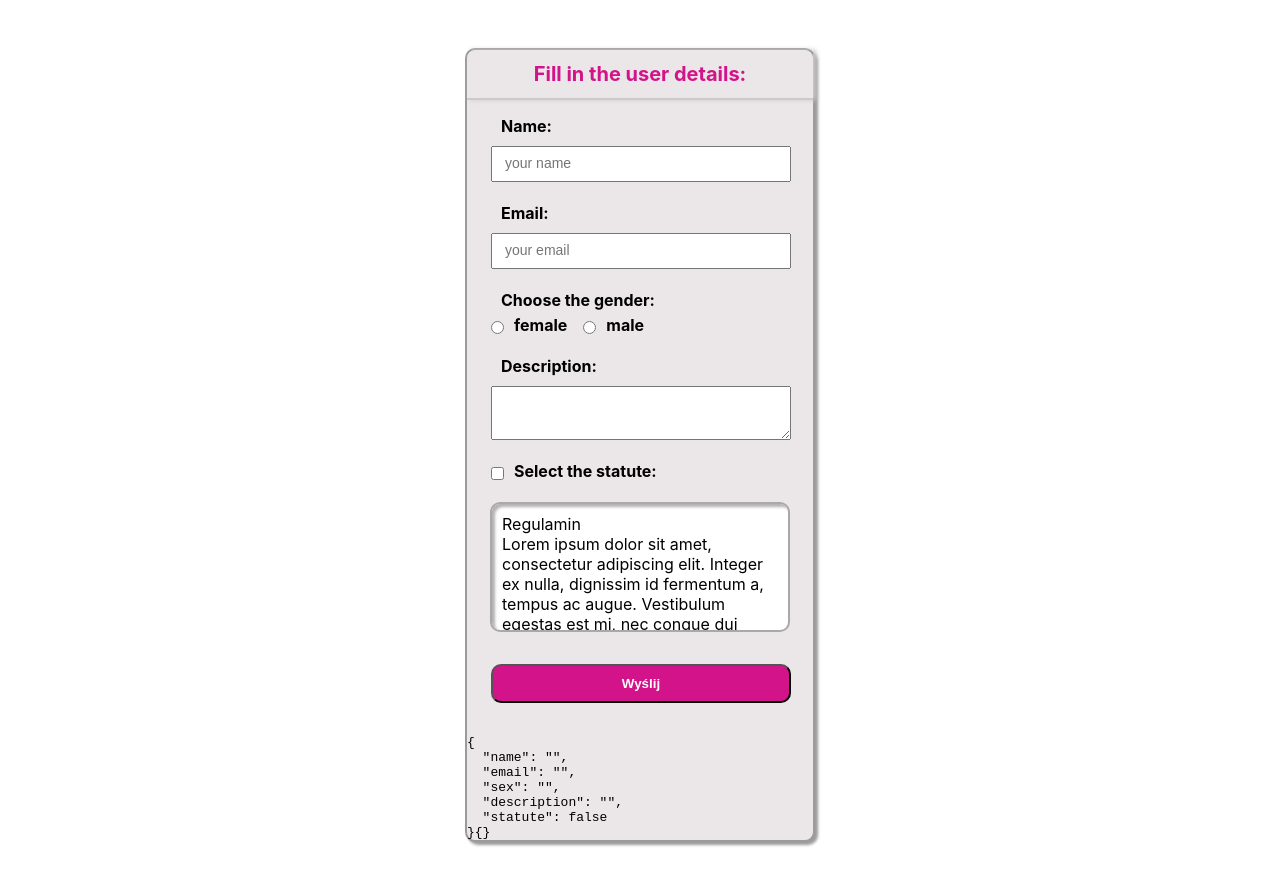
Repository: KrzysKolo/sr_tydzien4_zad3
Page: /
An editor plug-in stored every save of this project. The page is shown before and after a run of saves, followed by the edit.
The browser window is 1280 px wide. The pictures show the whole page.
The project was rebuilt for these pictures with package versions that can differ from the ones it lists, and the page was loaded fresh each time. Also part of the build but not shown: src/components/FormComponents/TextError.js.

Above is the page before, as saved 2020-11-20 10:09:41.

### src/App.js
import React from 'react';
import './App.css';
import FormikContainer from './components/Formik/FormikContainer';
import Header from './components/Header';
const App = () => {
  return (
    <main className="App">
      <Header />
      <FormikContainer />
    </main>
   );
}

export default App;

### src/App.css
* {
  margin: 0;
  padding: 0;
  box-sizing: border-box;
}
.App {
  margin: 3rem auto;
  width: 350px;
  background-color: rgb(235, 231, 232);
  border: 2px solid rgb(155, 155, 155);
  border-radius: 10px;
  box-shadow: 3px 3px 3px rgb(155, 155, 155);
}
.section {
  display: flex;
  flex-direction: column;
  margin: 1rem 1.5rem;
  justify-content: center;
}
label {
  font-weight: bold;
  display: flex;
  margin-bottom: 5px;
  margin-left: 10px;
}
input[type="text"],
input[type="email"],
textarea {
  display: block;
  width: 300px;
  padding: 6px 12px;
  font-size: 14px;
  line-height: 1.4285;
  color: #555;
  margin: 5px 0;
}
.error {
  color: red;
}
.row {
  display: flex;
  flex-direction: row;
  align-items: center;
  margin-right: 1rem;
}
.statute {
  border: 2px solid rgb(170, 169, 169);
  border-radius: 10px;
  box-shadow: inset 3px 3px 3px rgb(181, 177, 178);
  background: #ffffff;
  height: 130px;
  width: 300px;
  padding: 10px;
  overflow: auto;
  margin: 0 auto;
}
.btn-send {
  background-color: rgba(211, 19, 137, 1);
  border-radius: 10px;
  color: white;
  cursor: pointer;
  font-weight: bold;
  margin: 1rem auto;
  padding: 10px;
  width: 300px;
  transition: all 0.3s ease-in-out;
}
.btn-send:hover {
  background-color: rgba(211, 19, 137, 0.5);
}
.header {
  color: rgba(211, 19, 137, 1);
  margin: 0 auto;
  text-align: center;
  font-weight: bold;
  border-bottom: 2px solid rgb(204, 201, 204);
  padding: 0.75rem;
  box-shadow: 3px 0 5px rgb(204, 201, 204);
}
.header h2 {
  font-size: 1.25rem;
}
.has-error {
  border: 1px solid rgb(245, 0, 87);
}

### src/components/Formik/FormikContainer.js
import React from 'react';
import { Formik, Form, useFormik } from 'formik';
import * as yup from 'yup';
import FormikControl from './FormikControl';
import RadioOptions from './../../data/RadioOptions';

const FormikContainer = () => {

    const initialValues = {
        name: '',
        email: '',
        sex: '',
        description: '',
        statute: false,
    }

    const validationSchema = yup.object({
        name: yup.string().required("Imię jest obowiązkowe!").min(2,"Twóje imię musi mieć więcej niż 2 znaki!").max(30,'Twoje imię może mieć maxymalnie 30 znaków!'),
        email: yup.string().required("Email jest wymagany!").email("Adres zawiera błędy"),
        sex: yup.string().required('Zaznacz jedną wartość!'),
        description: yup.string().required('Wpisz kilka słów!').min(2, "Wpisz co najmniej 2 znaki").max(100, "Możesz wpisać max. 250 znaków"),
        statute: yup.boolean().required().oneOf([true], 'Musisz zaznaczyć regulamin!'),
    });

    const onSubmit = values => {
        alert("Dane"+values+" zostały przesłane prawidłowo");
    }
    return (
        <Formik
            initialValues={initialValues}
            validationSchema={validationSchema}
            onSubmit={onSubmit}
        >
            { ({formik, values, errors}) => (
                <Form className="form-wrapper">

                    <FormikControl control='input' type='text' label='Name:' name='name' placeholder="your name"/>
                    <FormikControl control='input' type='email' label='Email:' name='email' placeholder="your email"/>
                    <FormikControl control='radio' label='Choose the gender: ' name='sex' options={RadioOptions}/>
                    <FormikControl control='textarea' label='Description:' name='description'/>
                    <FormikControl control='checkbox' label='Select the statute:' name='statute'/>
                        <div className="statute ">
                            Regulamin<br/>
                            <p>Lorem ipsum dolor sit amet, consectetur adipiscing elit. Integer ex nulla, dignissim id fermentum a, tempus ac augue. Vestibulum egestas est mi, nec congue dui mollis vitae. Nam dictum lectus non mauris hendrerit efficitur. Donec imperdiet nec nibh et interdum. Fusce ornare consequat sapien. Pellentesque rhoncus tempor vulputate. Aliquam eu diam laoreet, tincidunt nulla ut, dignissim turpis. Aliquam est ante, luctus sed felis et, iaculis sollicitudin tellus. Cras congue tincidunt viverra. Sed vestibulum faucibus lacus, eu dictum lorem porta id. Praesent a placerat ligula. Vestibulum faucibus ornare erat, id elementum est vehicula eu. Nunc pulvinar dolor lacus. Vestibulum dapibus efficitur orci, ac rhoncus augue auctor ut.</p>
                        </div>
                    <section className="section">
                         <button className="btn-send" type="submit">Wyślij</button>
                    </section>
                    <pre>
                        {JSON.stringify(values, null, 2)}
                        {JSON.stringify(errors, null, 2)}

                    </pre>


                </Form>
            )

            }

        </Formik>
    )
}
export default FormikContainer;

### src/components/Header.js
import React from 'react';
const Header = () => {
    return (
        <section className="header">
            <h2>Fill in the user details: </h2>
        </section>
     );
}

export default Header;

### src/components/Formik/FormikControl.js
import { Input, Radio, Checkbox, TextArea } from './../FormComponents/';


const FormikControl = (props) => {
    const { control, ...rest } = props;
    switch(control) {
        case 'input': return <Input {...rest} />
        case 'radio': return <Radio {...rest} />
        case 'textarea': return <TextArea {...rest} />
        case 'checkbox': return <Checkbox {...rest} />
        default: return null
    }
}

export default FormikControl;

### src/data/RadioOptions.js
const RadioOptions=[
    { id: 0, value: "female ", label: 'female ' },
    { id: 1, value: "male", label: 'male' },
   ];
export default RadioOptions;

### src/components/FormComponents/index.js
export { default as Input } from "./Input";
export { default as Radio } from "./Radio";
export { default as Checkbox } from "./Checkbox";
export { default as TextArea } from "./TextArea";

### src/components/FormComponents/Input.js
import React from 'react';
import{ Field, ErrorMessage } from 'formik';
import TextError from './TextError';

const Input = (props) => {
    const { label, name, ...rest } = props;
    return (

        <section className="form-control section">
             <label htmlFor={name}>{label}</label>
            <Field id={name} name={name} {...rest} />
            <ErrorMessage name={name} component={TextError} />
        </section>
     );
}

export default Input;

### src/components/FormComponents/Radio.js
import React from 'react';
import{ Field, ErrorMessage } from 'formik';
import TextError from './TextError';

const Radio = (props) => {
    const { label, name, options, ...rest } = props;
    return (
        <div className="form-control section">
            <label htmlFor={name}>{label}</label>
            <div className="row">
                <Field name={name} {...rest}>
                    {
                    ({ field }) => {
                        return options.map(option => {
                            return (
                                <div className="row" key={option.id} >
                                    <input type='radio' id={option.id} {...field} value={option.value} checked={field.value === option.value}/>
                                    <label htmlFor={option.id}>{option.label}</label>
                                </div>
                            )
                        })
                    }
                    }
                </Field>
            </div>
            <ErrorMessage name={name} component={TextError} />
        </div>
     );
}

export default Radio;

### src/components/FormComponents/Checkbox.js
import React from 'react';
import{ Field, ErrorMessage } from 'formik';
import TextError from './TextError';

const Checkbox = (props) => {
    const { label, name, ...rest } = props;
    return (
        <div className="form-control section">
            <div className="row">
                <Field type='checkbox' id={name} name="statute" {...rest}/>
                <label htmlFor={name}>{label}</label>
            </div>
            <ErrorMessage name={name} component={TextError} />
        </div>
     );
}

export default Checkbox;

### src/components/FormComponents/TextArea.js
import React from 'react';
import{ Field, ErrorMessage } from 'formik';
import TextError from './TextError';

const TextArea = (props) => {
    const { label, name, ...rest } = props;
    return (
        <div className="form-control section">
            <label htmlFor={name}>{label}</label>
            <Field as ='textarea' id={name} name={name} {...rest} />
            <ErrorMessage name={name} component={TextError} />
        </div>
     );
}

export default TextArea;

Loaded but not shown: public/index.html (common file); src/index.js (common file); src/index.css (common file)

After the next 2 saves:
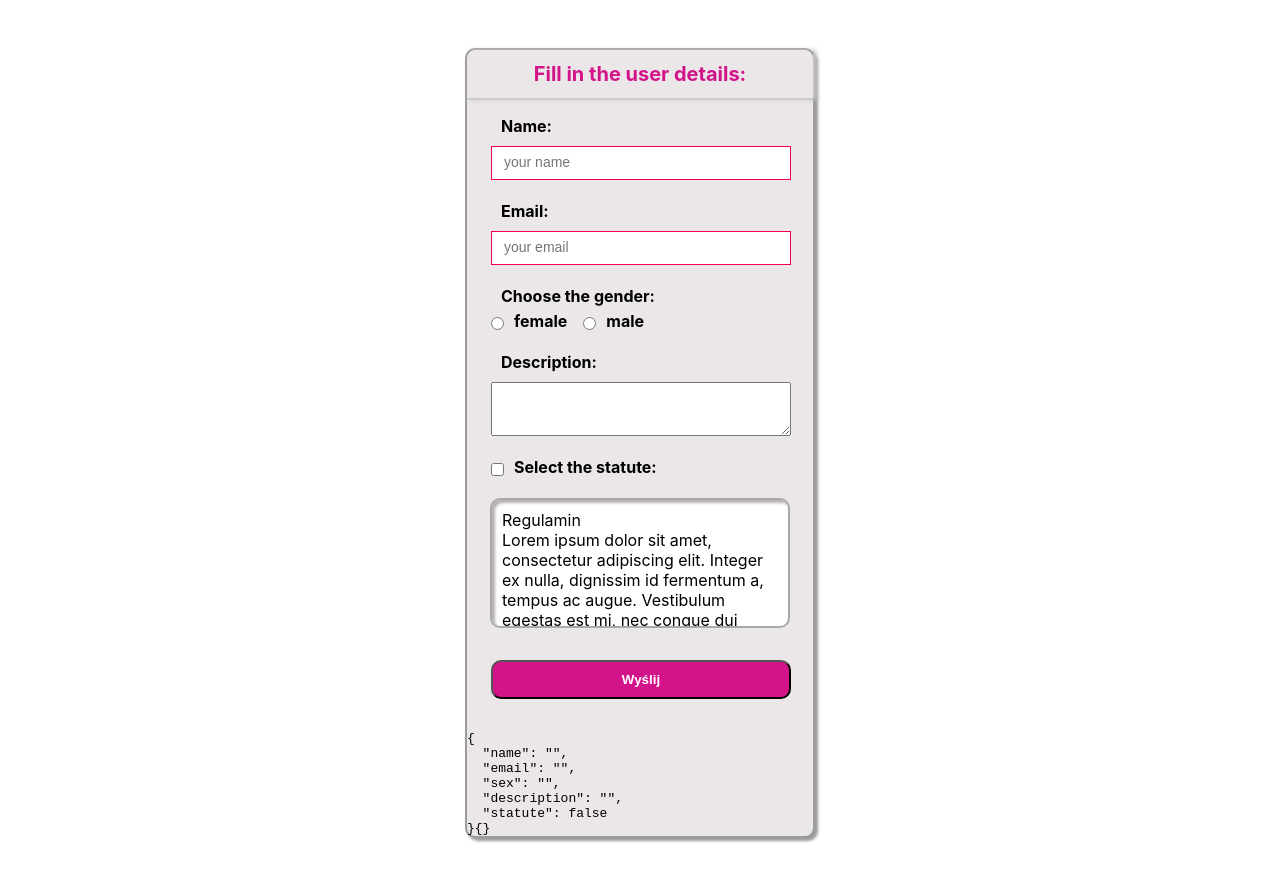
The 2 saves are shown as one change because 1 did not build or start.
The last was saved 2 min 27 s later.
--- a/src/components/FormComponents/Input.js
+++ b/src/components/FormComponents/Input.js
@@ -8,7 +8,7 @@
 
         <section className="form-control section">
              <label htmlFor={name}>{label}</label>
-            <Field id={name} name={name} {...rest} />
+            <Field className={ErrorMessage ? "has-error" : "" } id={name} name={name} {...rest} />
             <ErrorMessage name={name} component={TextError} />
         </section>
      );

After the 2 saves that followed:
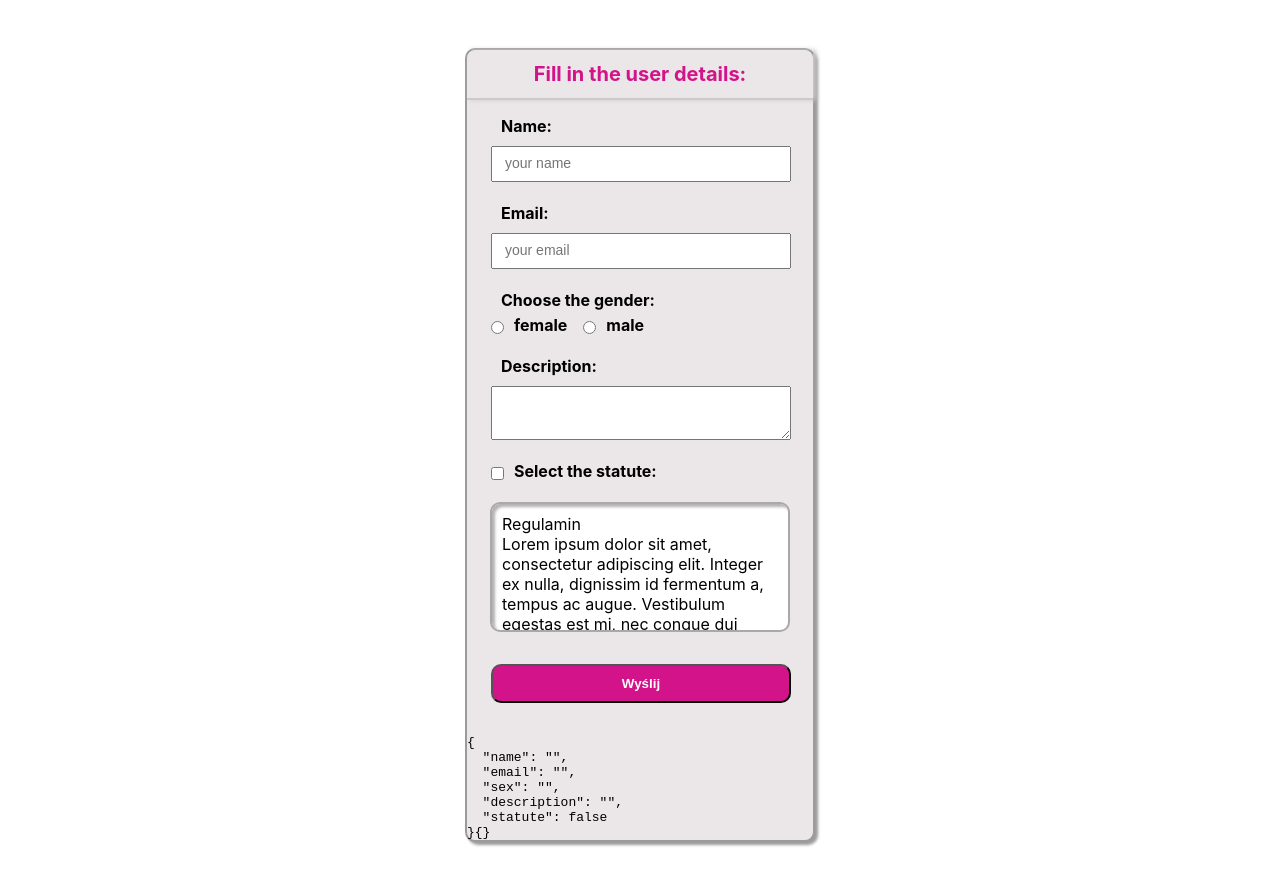
The 2 saves are shown as one change because 1 did not build or start.
The last was saved 90 s later.
--- a/src/components/FormComponents/Input.js
+++ b/src/components/FormComponents/Input.js
@@ -8,7 +8,7 @@
 
         <section className="form-control section">
              <label htmlFor={name}>{label}</label>
-            <Field className={ErrorMessage ? "has-error" : "" } id={name} name={name} {...rest} />
+            <Field  id={name} name={name} {...rest} />
             <ErrorMessage name={name} component={TextError} />
         </section>
      );
